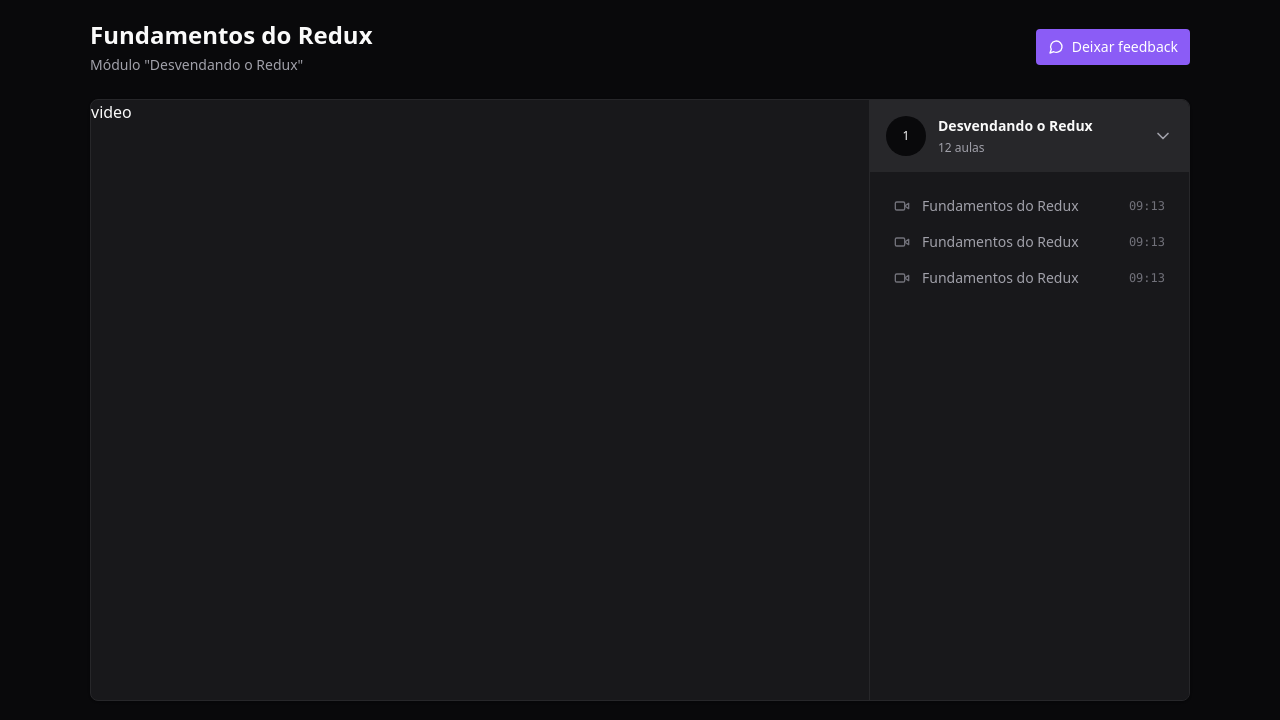
Repository: guilhermecardoso93/react-redux-zustand
Page: /
An editor plug-in stored every save of this project. The page is shown before and after the next save, followed by the edit.
The browser window is 1280 px wide. The pictures show the whole page.
The project was rebuilt for these pictures with package versions that can differ from the ones it lists, and the page was loaded fresh each time. Also part of the build but not shown: vite.config.ts.

Above is the page before, as saved 2023-06-28 20:09:01.

### src/main.tsx
import React from 'react'
import ReactDOM from 'react-dom/client'
import { App } from './App.tsx'

import './styles/global.css'

ReactDOM.createRoot(document.getElementById('root') as HTMLElement).render(
  <React.StrictMode>
    <App />
  </React.StrictMode>,
)

### src/App.tsx
import { Provider as ReduxProvider } from "react-redux";
import { store } from "./store";
import { Player } from "./pages/Player";

export function App() {

  return (
    <ReduxProvider store={store}>
      <Player />
    </ReduxProvider>
  )
}

### src/store/index.ts
import { configureStore, createSlice } from "@reduxjs/toolkit";
import { TypedUseSelectorHook, useSelector } from "react-redux";

export const store = configureStore({
  reducer: {},
});

export type RootState = ReturnType<typeof store.getState>;
export const useAppSelector: TypedUseSelectorHook<RootState> = useSelector;

### src/pages/Player.tsx
import { ChevronDown, MessageCircle, Video } from "lucide-react";

export function Player() {
  return (
    <div className="h-screen bg-zinc-950 text-zinc-50 flex justify-center items-center">
      <div className="flex w-[1100px] flex-col gap-6">
        <div className="flex items-center justify-between">
          {/* Header */}
          <div className="flex flex-col gap-1">
            <h1 className="text-2xl font-bold">Fundamentos do Redux</h1>
            <span className="text-sm text-zinc-400">
              Módulo "Desvendando o Redux"
            </span>
          </div>

          <button className="flex items-center gap-2 rounded bg-violet-500 px-3 py-2 text-sm font-medium text-white hover:bg-violet-600">
            <MessageCircle className="w-4 h-4" />
            Deixar feedback
          </button>
        </div>

        <main className="relative flex overflow-hidden rounded-lg border border-zinc-800 bg-zinc-900 shadow">
          <div className="flex-1">video</div>
          <aside className="w-80 border-l border-zinc-800 bg-zinc-900 h-[600px]">
            <div>
              <button className="flex w-full items-center gap-3 bg-zinc-800 p-4">
                <div className="flex h-10 w-10 rounded-full items-center justify-center bg-zinc-950 text-xs">
                  1
                </div>
                <div className="flex flex-col gap-1 text-left">
                  <strong className="text-sm">Desvendando o Redux</strong>
                  <span className="text-xs text-zinc-400">12 aulas</span>
                </div>

                <ChevronDown className="w-5 h-5 ml-auto text-zinc-400" />
              </button>
              <nav className="relative flex flex-col gap-4 p-6">
                <button className="flex items-center gap-3 text-sm text-zinc-400">
                  <Video className="w-4 h-4 text-zinc-500" />
                  <span>Fundamentos do Redux</span>
                  <span className="ml-auto font-mono text-xs text-zinc-500">
                    09:13
                  </span>
                </button>

                <button className="flex items-center gap-3 text-sm text-zinc-400">
                  <Video className="w-4 h-4 text-zinc-500" />
                  <span>Fundamentos do Redux</span>
                  <span className="ml-auto font-mono text-xs text-zinc-500">
                    09:13
                  </span>
                </button>

                <button className="flex items-center gap-3 text-sm text-zinc-400">
                  <Video className="w-4 h-4 text-zinc-500" />
                  <span>Fundamentos do Redux</span>
                  <span className="ml-auto font-mono text-xs text-zinc-500">
                    09:13
                  </span>
                </button>
              </nav>
            </div>
          </aside>
        </main>
      </div>
    </div>
  );
}

### tailwind.config.js
/** @type {import('tailwindcss').Config} */
export default {
  content: [
    './src/**/*.tsx',
  ],
  theme: {
    extend: {},
  },
  plugins: [],
}

Loaded but not shown: src/styles/global.css (common file)

After the next save:
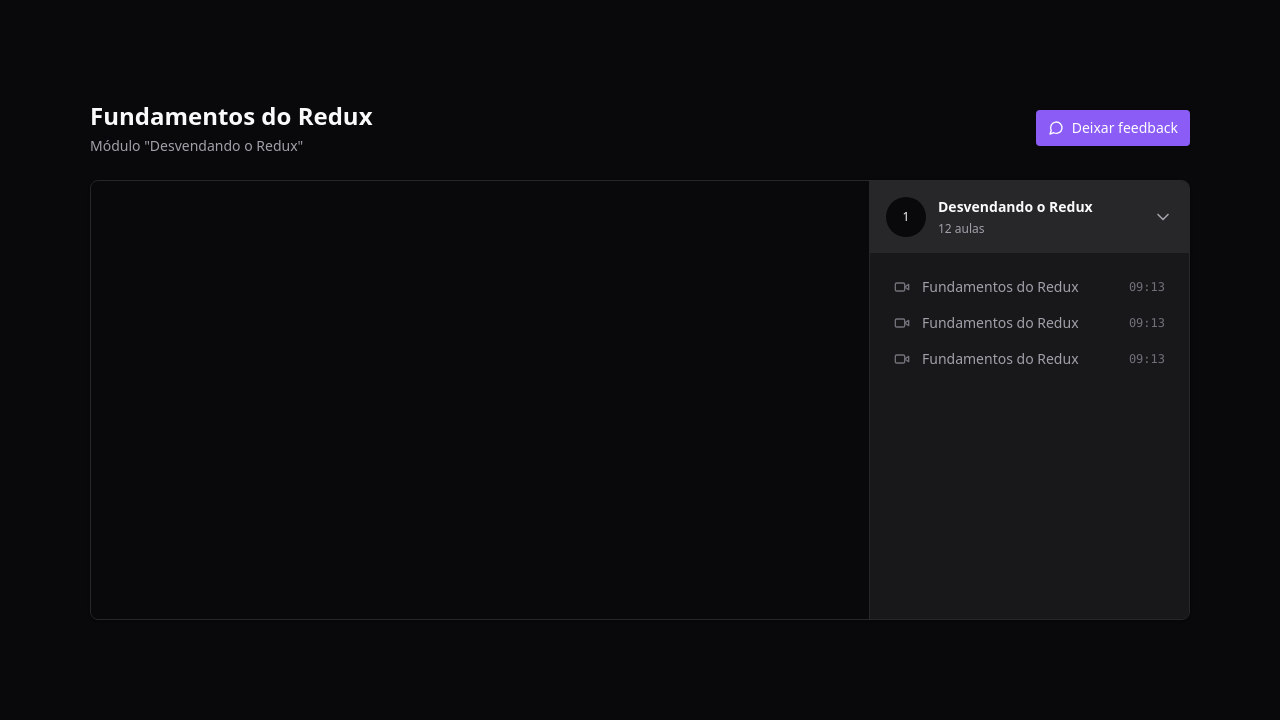
Saved 56 s later.
--- a/src/pages/Player.tsx
+++ b/src/pages/Player.tsx
@@ -1,4 +1,5 @@
 import { ChevronDown, MessageCircle, Video } from "lucide-react";
+import ReactPlayer from 'react-player'
 
 export function Player() {
   return (
@@ -8,9 +9,7 @@
           {/* Header */}
           <div className="flex flex-col gap-1">
             <h1 className="text-2xl font-bold">Fundamentos do Redux</h1>
-            <span className="text-sm text-zinc-400">
-              Módulo "Desvendando o Redux"
-            </span>
+            <span className="text-sm text-zinc-400">Módulo "Desvendando o Redux"</span>
           </div>
 
           <button className="flex items-center gap-2 rounded bg-violet-500 px-3 py-2 text-sm font-medium text-white hover:bg-violet-600">
@@ -20,13 +19,23 @@
         </div>
 
         <main className="relative flex overflow-hidden rounded-lg border border-zinc-800 bg-zinc-900 shadow">
-          <div className="flex-1">video</div>
-          <aside className="w-80 border-l border-zinc-800 bg-zinc-900 h-[600px]">
+          <div className="flex-1">
+            <div className="w-full bg-zinc-950 aspect-video">
+              <ReactPlayer
+                width="100%"
+                height="100%"
+                controls
+                url="https://www.youtube.com/watch?v=Jai8w6K_GnY"
+              />
+            </div>
+          </div>
+          <aside className="w-80 border-l border-zinc-800 bg-zinc-900">
             <div>
               <button className="flex w-full items-center gap-3 bg-zinc-800 p-4">
                 <div className="flex h-10 w-10 rounded-full items-center justify-center bg-zinc-950 text-xs">
                   1
                 </div>
+
                 <div className="flex flex-col gap-1 text-left">
                   <strong className="text-sm">Desvendando o Redux</strong>
                   <span className="text-xs text-zinc-400">12 aulas</span>
@@ -34,29 +43,24 @@
 
                 <ChevronDown className="w-5 h-5 ml-auto text-zinc-400" />
               </button>
+
               <nav className="relative flex flex-col gap-4 p-6">
                 <button className="flex items-center gap-3 text-sm text-zinc-400">
                   <Video className="w-4 h-4 text-zinc-500" />
                   <span>Fundamentos do Redux</span>
-                  <span className="ml-auto font-mono text-xs text-zinc-500">
-                    09:13
-                  </span>
+                  <span className="ml-auto font-mono text-xs text-zinc-500">09:13</span>
                 </button>
 
                 <button className="flex items-center gap-3 text-sm text-zinc-400">
                   <Video className="w-4 h-4 text-zinc-500" />
                   <span>Fundamentos do Redux</span>
-                  <span className="ml-auto font-mono text-xs text-zinc-500">
-                    09:13
-                  </span>
+                  <span className="ml-auto font-mono text-xs text-zinc-500">09:13</span>
                 </button>
 
                 <button className="flex items-center gap-3 text-sm text-zinc-400">
                   <Video className="w-4 h-4 text-zinc-500" />
                   <span>Fundamentos do Redux</span>
-                  <span className="ml-auto font-mono text-xs text-zinc-500">
-                    09:13
-                  </span>
+                  <span className="ml-auto font-mono text-xs text-zinc-500">09:13</span>
                 </button>
               </nav>
             </div>
